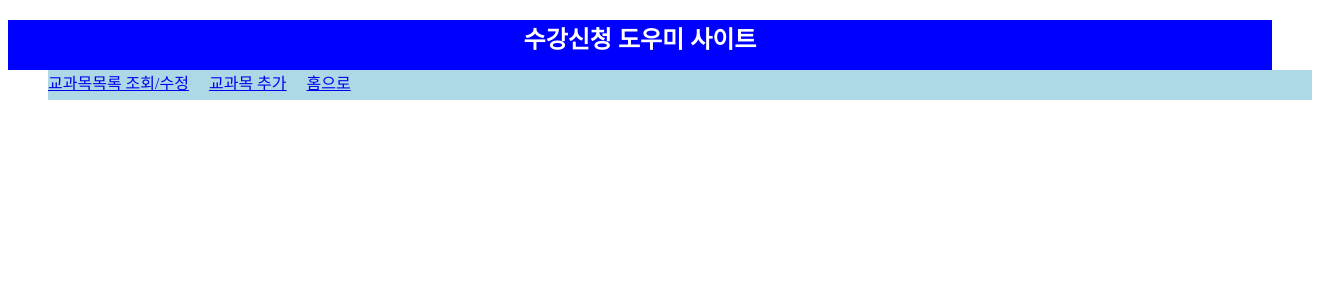
Repository: yuuki08noah/CHUNGCHUSANKI
Page: http://localhost/project/header.jsp
An editor plug-in stored every save of this project. The page is shown before and after the next save, followed by the edit.
The browser window is 1280 px wide. The page is 1312 px wide, then 1320 px, so the pictures cover 1320 px, including what lies to the right of the window. The pictures show the whole page.
The page is served by Tomcat 9.

Above is the page before, as saved 2025-03-25 08:20:23.

After the next save:
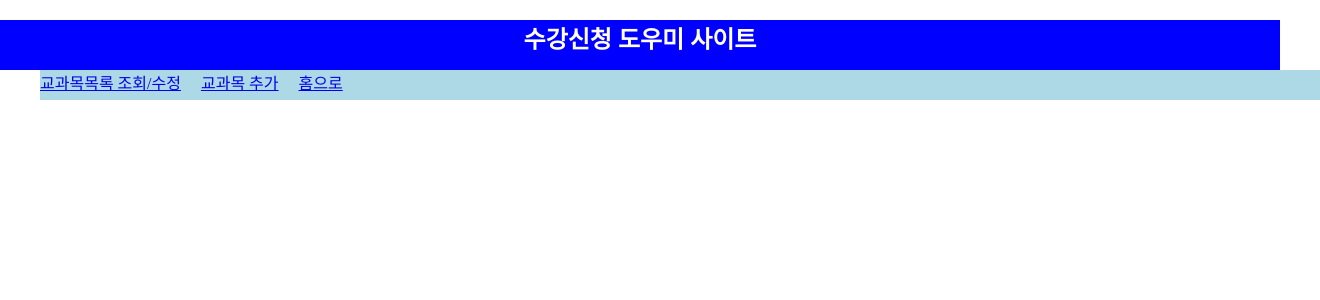
Saved 27 s later.
--- a/HRD_002/project/src/main/webapp/header.jsp
+++ b/HRD_002/project/src/main/webapp/header.jsp
@@ -6,7 +6,7 @@
 <meta charset="UTF-8">
 <title>Insert title here</title>
 </head>
-<body>
+<body style="margin: 0 0; top: 0;">
 	<header style="height: 50px; width: 100%; color: white; background-color: blue; text-align: center;">
 		<h2>수강신청 도우미 사이트</h2>
 	</header>
